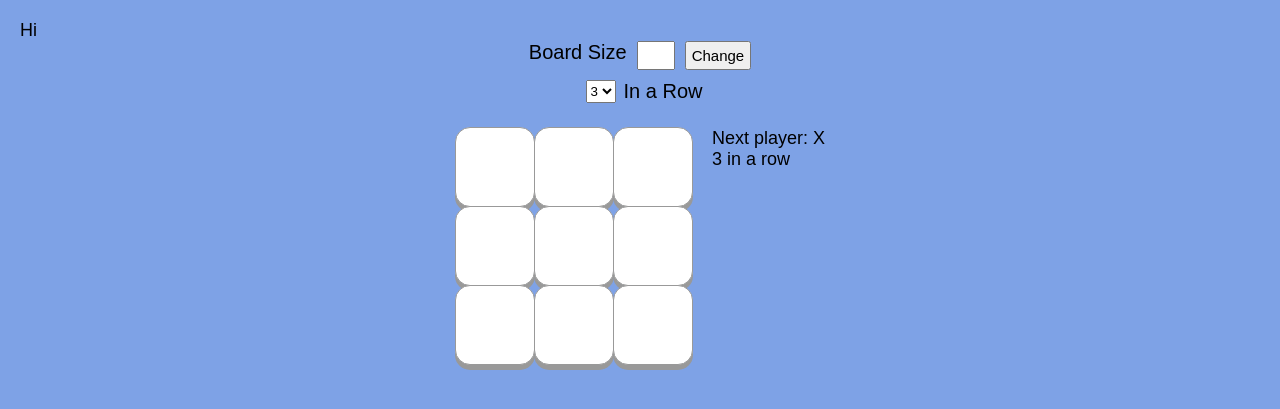
Repository: yshong211/tic-tac-toe-0708
Page: /
An editor plug-in stored every save of this project. The page is shown before and after a run of saves, followed by the edit.
The browser window is 1280 px wide. The pictures show the whole page.
The project was rebuilt for these pictures with package versions that can differ from the ones it lists, and the page was loaded fresh each time.

Above is the page before, as saved 2020-07-09 10:20:21.

After the next 2 saves:
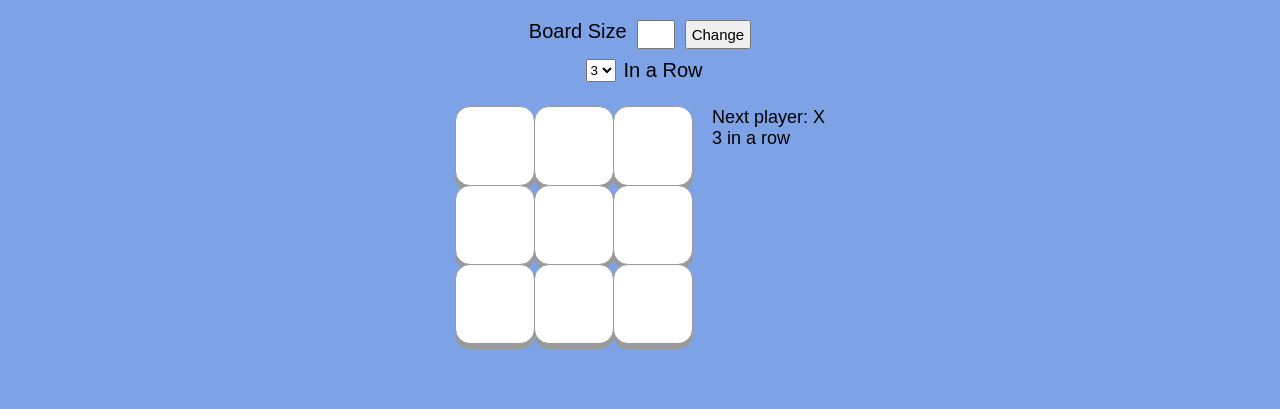
The 2 saves are shown as one change because they came seconds apart.
The last was saved 10 s later.
--- a/src/components/getDim/getDim.jsx
+++ b/src/components/getDim/getDim.jsx
@@ -43,7 +43,7 @@
   render() {
     return (
       <div className="submission">
-        <div className="title">Hi</div>
+        <div className="game_name"></div>
         <form>
           <label className="size">
             Board Size

After the save that followed:
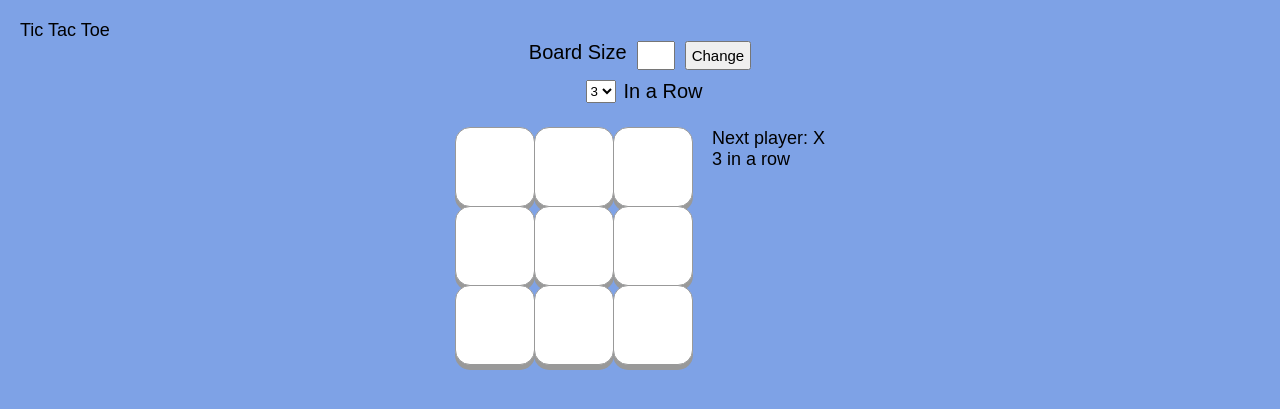
Saved 7 s later.
--- a/src/components/getDim/getDim.jsx
+++ b/src/components/getDim/getDim.jsx
@@ -43,7 +43,7 @@
   render() {
     return (
       <div className="submission">
-        <div className="game_name"></div>
+        <div className="game_name">Tic Tac Toe</div>
         <form>
           <label className="size">
             Board Size
